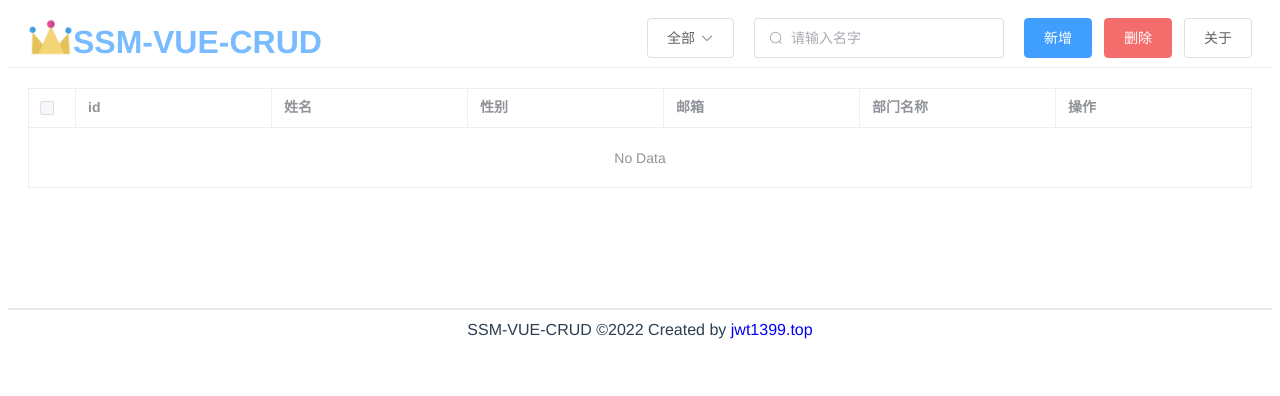
Repository: jwt1399/ssm-vue-crud
Page: / (app in ssm-crud-front/)
An editor plug-in stored every save of this project. The page is shown before and after the next save, followed by the edit.
The browser window is 1280 px wide. The pictures show the whole page.
The project was rebuilt for these pictures with package versions that can differ from the ones it lists, and the page was loaded fresh each time. Also part of the build but not shown: ssm-crud-front/vue.config.js.

Above is the page before, as saved 2022-06-09 12:51:00.

### ssm-crud-front/public/index.html
<!DOCTYPE html>
<html lang="zh-Hans">
  <head>
    <meta charset="utf-8">
    <meta http-equiv="X-UA-Compatible" content="IE=edge">
    <meta name="viewport" content="width=device-width,initial-scale=1.0">
    <link rel="icon" href="<%= BASE_URL %>favicon.png">
    <title><%= htmlWebpackPlugin.options.title %></title>
  </head>
  <body>
    <noscript>
      <strong>We're sorry but <%= htmlWebpackPlugin.options.title %> doesn't work properly without JavaScript enabled. Please enable it to continue.</strong>
    </noscript>
    <div id="app"></div>
    <!-- built files will be auto injected -->
  </body>
</html>

### ssm-crud-front/src/main.js
import { createApp } from 'vue'
import App from './App.vue'
import router from './router'
import ElementPlus from 'element-plus'
import 'element-plus/dist/index.css'
import * as ElementPlusIconsVue from '@element-plus/icons-vue'

const app = createApp(App)

//配置全局icon
for (const [key, component] of Object.entries(ElementPlusIconsVue)) {
    app.component(key, component)
  }

app.use(router).use(ElementPlus).mount('#app')

### ssm-crud-front/src/App.vue
<template>
  <Header/>
  <router-view/>
  <Footer/>
</template>

<script>
import Header from '@/components/Header.vue'
import Footer from '@/components/Footer.vue'
export default {
    components: {
        Header,
        Footer,
    }
}
</script>

<style>
#app {
  font-family: Avenir, Helvetica, Arial, sans-serif;
  -webkit-font-smoothing: antialiased;
  -moz-osx-font-smoothing: grayscale;
  text-align: center;
  color: #2c3e50;
}
</style>

### ssm-crud-front/src/router/index.js
import { createRouter, createWebHashHistory } from 'vue-router'
import CrudView from '../views/CrudView.vue'
const routes = [
  {
    path: '/',
    name: 'home',
    component: CrudView
  },
  {
    path: '/about',
    name: 'about',
    // route level code-splitting
    // this generates a separate chunk (about.[hash].js) for this route
    // which is lazy-loaded when the route is visited.
    component: () => import(/* webpackChunkName: "about" */ '../views/AboutView.vue')
  }
]

const router = createRouter({
  history: createWebHashHistory(),
  routes
})

export default router

### ssm-crud-front/src/components/Header.vue
<template>
 <el-header class="header">
    <div class="nav">
        <a href="/" class="nav-link">
            <img src="../assets/favicon.png" alt="logo" class="nav-logo">
            <h1 class="nav-title ">SSM-VUE-CRUD</h1>
        </a>
    </div>
    <div class="nav-item">
        <el-dropdown>
            <el-button size="large">
                全部
                <el-icon class="el-icon--right">
                    <arrow-down />
                </el-icon>
            </el-button>
            <template #dropdown>
                <el-dropdown-menu>
                    <el-dropdown-item>Action 1</el-dropdown-item>
                    <el-dropdown-item>Action 2</el-dropdown-item>
                </el-dropdown-menu>
            </template>
        </el-dropdown>

        <div class="nav-search">
            <el-input
            placeholder="请输入名字"
            v-model="search"
            size="large"
            @change="searchChange"
            clearable >
                <template #prefix>
                    <el-icon class="el-input__icon"><search /></el-icon>
                </template>
            </el-input>

        </div>
        <el-button type="primary" size="large" @click="addEmployee()">新增</el-button>
        <el-button type="danger" size="large" @click="batchDeleteEmployee()">删除</el-button>
        <!-- <router-link to='/about'> -->
        <el-button type="default" size="large" @click="skipAbout()">关于</el-button>
        <!-- </router-link> -->
    </div>
</el-header>
</template>

<script>
import { useRouter } from 'vue-router'

export default {
    name: 'Header',
    setup() {
        const router = useRouter()
        const skipAbout = ()=>{
        // window.location.href='#/about';
        // router.push({path:'about'})
        router.push({ name: 'about'})
        }
        return {
            skipAbout,
        }
    },

}


</script>



<style scoped>
.nav-logo {
	height: 45px;
	width: 45px;
	vertical-align: middle;
	display: inline-block;
}

.nav-title {
	font-size: 2rem;
	display: inline-block;
	vertical-align: middle;
	color: #79bbff;
	padding-top: 10px;
}

.nav-item {
	display: flex;
	align-items: center;
}

.nav-search {
	width: 250px;
	margin: 0 20px;
}

.header {
	display: flex;
	align-items: center;
	justify-content: space-between;
	width: 100%;
	border-bottom: 1px solid #eee;
	min-width: 800px;
}



</style>

### ssm-crud-front/src/components/Footer.vue
<template>
<el-footer class="footer">
    <span>SSM-VUE-CRUD ©2022 Created by </span>
    <a href="https://jwt1399.top" style="text-decoration: none;"> jwt1399.top</a>
 </el-footer>
</template>


<script>
export default{
    name:'Footer',
}
</script>

 <style scoped>
.footer {
    text-align: center;
    position: relative;
     margin-top: 60px; /*等于footer的高度 */
    height: 60px;
    /* background: #79bbff; */
    border-top:2px solid #E7E7E7;
    line-height: 40px;


}

</style>

### ssm-crud-front/src/views/CrudView.vue
<template>
    <Form/>
</template>


<script>
import Form from '@/components/Form.vue'
export default {
    name: 'CrudView',
    components: {
        Form,
    }
}
</script>

### ssm-crud-front/src/components/Form.vue
  <template>
    <el-main>
        <div class="data-table">
            <el-table :data="employeeList" border style="width: 100%" v-loading="loading"
                @selection-change="handleSelectionChange">
                <el-table-column type="selection"></el-table-column>
                <el-table-column prop="empId" label="id"></el-table-column>
                <el-table-column prop="empName" label="姓名"></el-table-column>
                <el-table-column prop="gender" label="性别" :formatter="formatterSex"></el-table-column>
                <el-table-column prop="email" label="邮箱"></el-table-column>
                <el-table-column prop="department.deptName" label="部门名称"></el-table-column>

                <el-table-column label="操作">
                    <el-button type="primary" size="large" :icon="Edit" @click="handleEdit(scope.$index, scope.row)"
                        circle>
                    </el-button>

                    <el-button type="danger" size="large" :icon="Delete" @click="handleDelete(scope.$index, scope.row)"
                        circle>
                    </el-button>
                </el-table-column>
            </el-table>
        </div>
        <div class="table-pagination">
            <el-pagination v-model:current-page="pageNum" v-model:page-size="pageSize" :page-sizes="[5, 10, 15, 20]"
                :small="small" :disabled="disabled" :background="background"
                layout="total, sizes, prev, pager, next, jumper" :total="total" @size-change="handleSizeChange"
                @current-change="handleCurrentChange" />
        </div>
    </el-main>

</template>

<script>
export default {
    name:'Form'
}
</script>



<style scoped>
.table-pagination {
	display: flex;
	justify-content: center;
	padding: 20px;
}

</style>

After the next save:
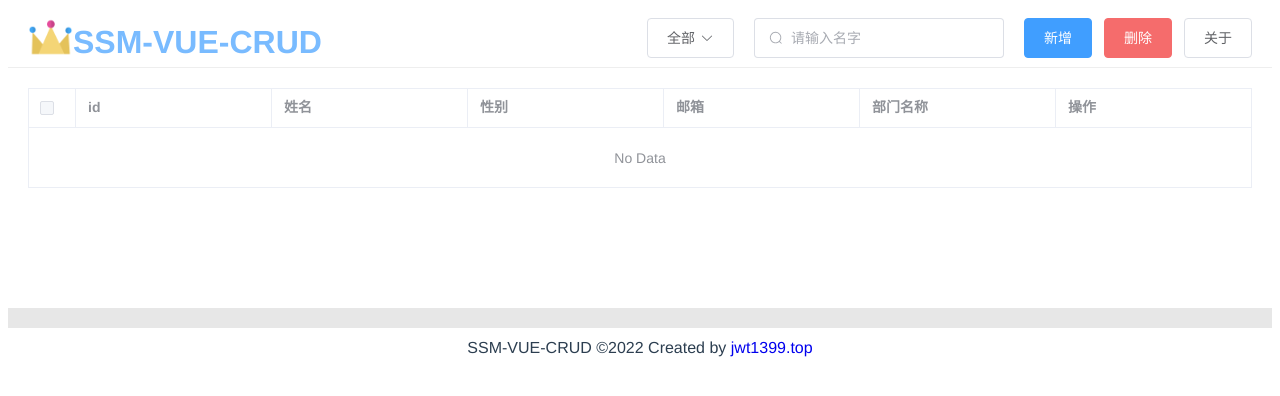
Saved 4 s later.
--- a/ssm-crud-front/src/components/Footer.vue
+++ b/ssm-crud-front/src/components/Footer.vue
@@ -19,7 +19,7 @@
      margin-top: 60px; /*等于footer的高度 */
     height: 60px;
     /* background: #79bbff; */
-    border-top:2px solid #E7E7E7;
+    border-top:20px solid #E7E7E7;
     line-height: 40px;
 
 

After the save that followed:
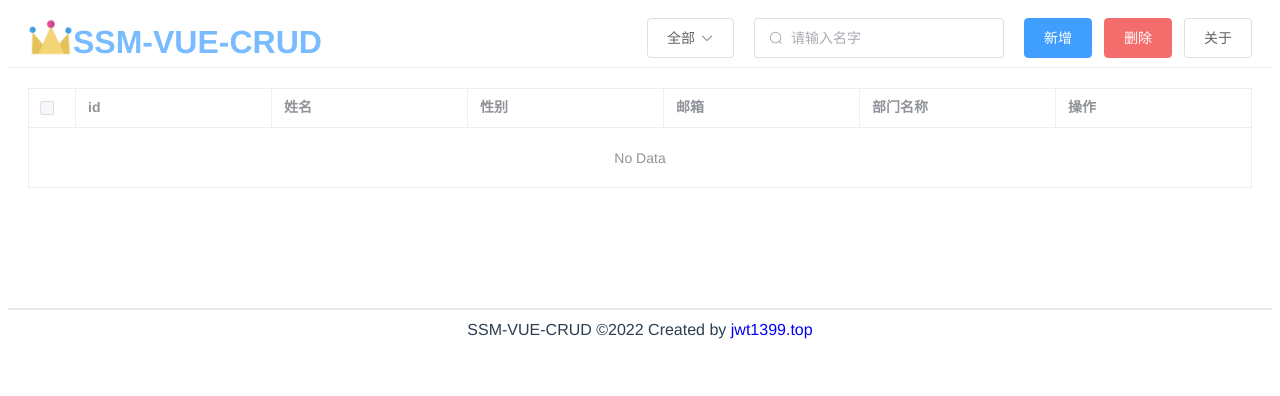
Saved 10 s later.
--- a/ssm-crud-front/src/components/Footer.vue
+++ b/ssm-crud-front/src/components/Footer.vue
@@ -19,7 +19,7 @@
      margin-top: 60px; /*等于footer的高度 */
     height: 60px;
     /* background: #79bbff; */
-    border-top:20px solid #E7E7E7;
+    border-top:2px solid #E7E7E7;
     line-height: 40px;
 
 
